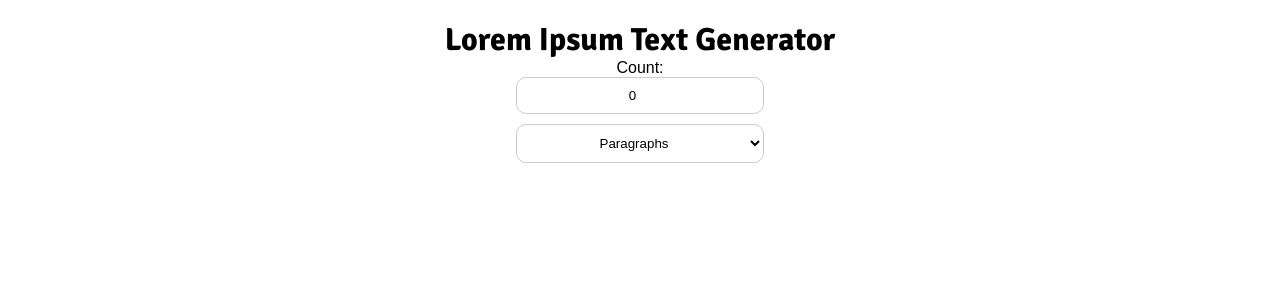
Repository: sriram1224/lorem-generator
Page: /
The author's editor kept a copy of each file at every save. The page is drawn from the files as they stood at one save, then again after the next save.
The browser window is 1280 px wide. The pictures show the whole page.
The project was rebuilt for these pictures with package versions that can differ from the ones it lists, and the page was loaded fresh each time.

Above is the page before, as saved 2024-03-11 21:59:45.

### src/App.js
import LoremIpsumGenerator from './Components/lorem';
import './App.css';

function App() {
  return (
    <div className="App">
      <LoremIpsumGenerator />
    </div>
  );
}

export default App;

### src/Components/lorem.js
import React, { useState } from 'react';
import { loremIpsum } from 'lorem-ipsum';
import './lorem.css';

const LoremGenerator = () => {
  const [count, setCount] = useState(0);
  const [type, setType] = useState('paragraphs');

  const handleCountChange = (e) => {
    const newCount = parseInt(e.target.value, 10);
    setCount(newCount);
  };

  const handleTypeChange = (e) => {
    setType(e.target.value);
  };

  const copyToClipboard = (text) => {
    navigator.clipboard.writeText(text);
    alert('Copied to clipboard!');
  };

  const generateLorem = () => {
    let result = [];
    if (type === 'paragraphs') {
      for (let i = 0; i < count; i++) {
        const text = loremIpsum({ units: 'paragraphs' });
        result.push(
          <div className="list" key={i}>
            <p>{i + 1}) {text}</p>
            <button onClick={() => copyToClipboard(text)}>Copy</button>
          </div>
        );
      }
    } else {
      for (let i = 0; i < count; i++) {
        const text = loremIpsum({ units: 'sentences' });
        result.push(
          <div className="list" key={i}>
            <span>{i + 1}) {text}</span>
            <button onClick={() => copyToClipboard(text)}>Copy</button>
          </div>
        );
      }
    }
    return result;
  };

  return (
      <div>
          <div className="heading"><h1>Lorem Ipsum Text Generator</h1></div>
      <label>
        Count:
        <div>
          <input type="number" value={count} onChange={handleCountChange} />
        </div>
      </label>
      <select value={type} onChange={handleTypeChange}>
        <option value="paragraphs">Paragraphs</option>
        <option value="sentences">Sentences</option>
      </select>
      <div className="list-container">{generateLorem()}</div>
    </div>
  );
};

export default LoremGenerator;

### src/Components/lorem.css

@import url('https://fonts.googleapis.com/css2?family=Signika:wght@300..700&display=swap');

* {
    box-sizing: border-box;
    margin: 0;
    padding: 0;
}

/* Apply some basic styling to the body */
body {
    font-family: Arial, sans-serif;
    background-color: #ffffff;
    padding: 20px;
}

/* Container styling */
.container {
    max-width: 1100px;
    margin: 0 auto;
}

/* Input and select styling */
input[type="number"],
select {
    text-align: center;
   width: 20%;
    margin-bottom: 10px;
    padding: 10px;
    border: 1px solid #ccc;
    border-radius: 10px;
    background-color: #fff;
}

/* Button styling */
button {
    background-color: #007bff;
    color: #fff;
    border: none;
    border-radius: 4px;
    padding: 10px 20px;
    cursor: pointer;
}

button:hover {
    background-color: #0056b3;
}

/* Generated text styling */
.generated-text {
    margin-top: 20px;
}

/* Responsive styles */
@media screen and (max-width: 600px) {
    .container {
        padding: 10px;
    }
}
.list{
    display: flex;
    justify-content: space-between;
    padding: 20px;
    width: 60%;
    height: 6rem;
    background-color:rgb(26, 26, 88);
    color:white;
    border-radius: 10px;
    margin-left: 15rem;

}
.list-container{
    display: flex;
    flex-direction: column;
    gap: 2rem;
}
.heading h1{
font-family: "Signika", sans-serif;
}

Loaded but not shown: public/index.html (common file); src/index.js (common file); src/index.css (common file); src/reportWebVitals.js (common file); src/App.css (common file)

After the next save:
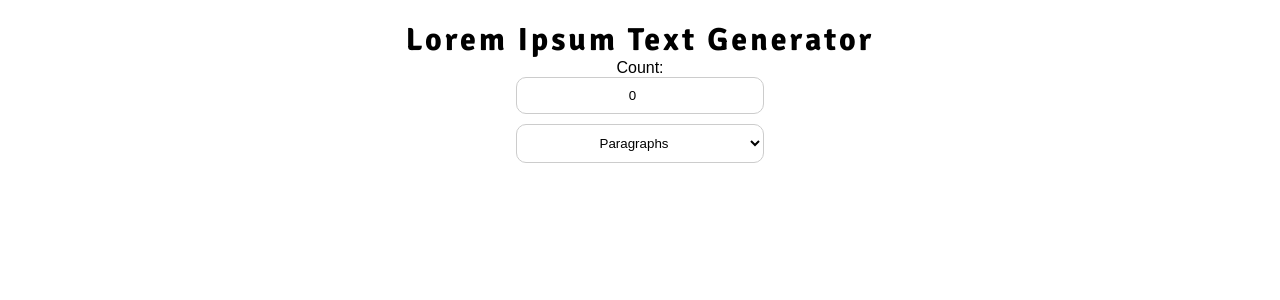
Saved 11 s later.
--- a/src/Components/lorem.css
+++ b/src/Components/lorem.css
@@ -76,4 +76,5 @@ button:hover {
 }
 .heading h1{
 font-family: "Signika", sans-serif;
+letter-spacing: 3px;
 }
